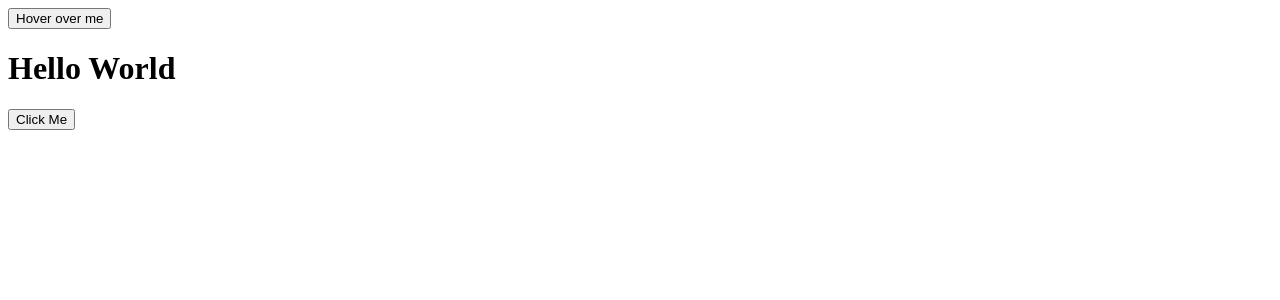
Repository: aedawes/cs260
Page: VueAssignments/lesson3/index.html
These files come from the project's save history. The page is drawn as it stood at one moment and after the next save; the edit follows.
The browser window is 1280 px wide. The pictures show the whole page.

Above is the page before, as saved 2022-02-24 21:06:43.

### VueAssignments/lesson3/index.html
<!DOCTYPE html>
<html>
    <head>
        <link rel="stylesheet" href="./styles.css">
    </head>
    <body>
        <div id="root">
            <button v-bind:title="title">Hover over me</button>
            <h1 :class="className">Hello World</h1>
            <button :class="{ 'blue': isLoading}" @click="toggleLoading">Click Me</button>
        </div>
        <script src="https://cdn.jsdelivr.net/npm/vue/dist/vue.js"></script>
        <script text="type/javascript" src="script.js"></script>
    </body>
</html>

### VueAssignments/lesson3/styles.css
.red {
    color: #AA1E32;
}
.blue {
    color: #1AA3E9;
}

### VueAssignments/lesson3/script.js
let app = new Vue({
    // bind it to the #root div in the DOM
    el: "#root",
    // provide data for bindings
    data: {
      title: 'Brought to you by JavaScript'
    },
});

After the next save:
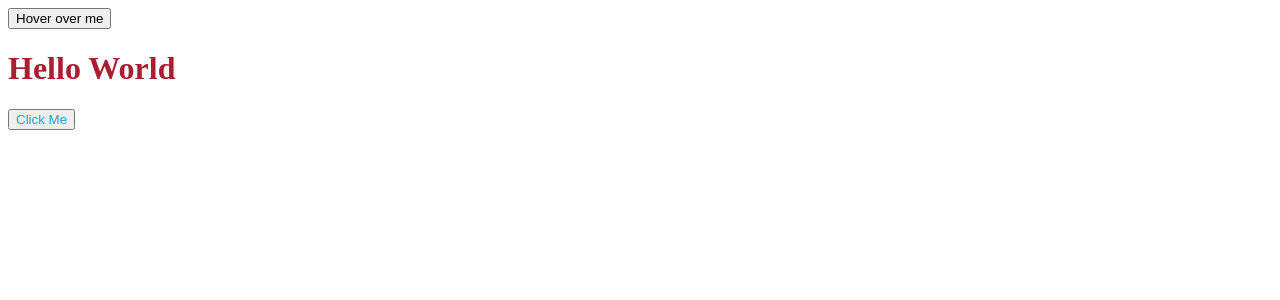
Saved 2 min 57 s later.
--- a/VueAssignments/lesson3/script.js
+++ b/VueAssignments/lesson3/script.js
@@ -3,6 +3,8 @@ let app = new Vue({
     el: "#root",
     // provide data for bindings
     data: {
-      title: 'Brought to you by JavaScript'
+      title: 'Brought to you by JavaScript',
+      className: 'red',
+      isLoading: true
     },
 });
